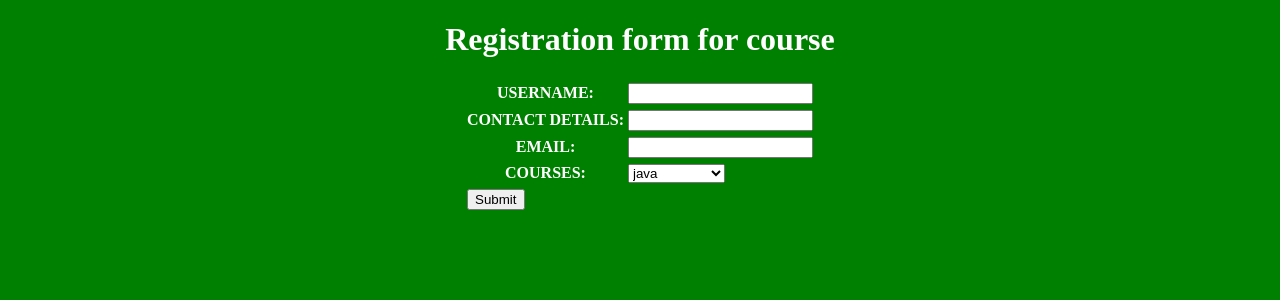
Repository: lalitkrchoudhary/Servlet-notes
Page: RequestServletApp/src/main/webapp/register.html
The author's editor kept a copy of each file at every save. The page is drawn from the files as they stood at one save, then again after the next save.
The browser window is 1280 px wide. The pictures show the whole page.

Above is the page before, as saved 2024-04-28 23:00:30.

After the next save:
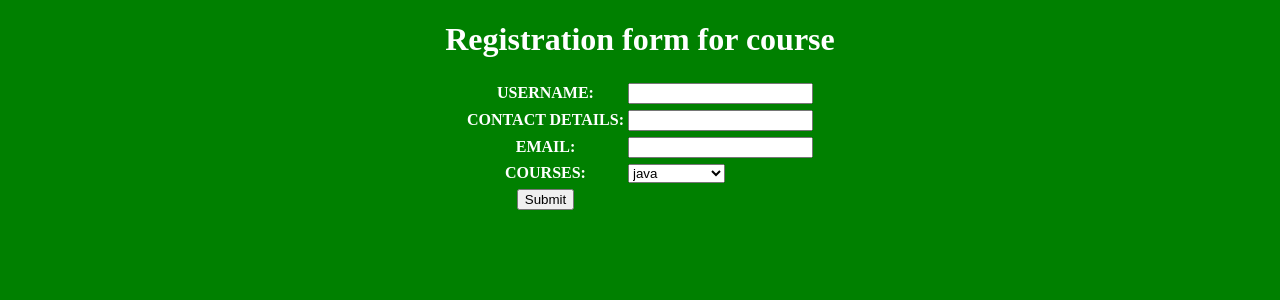
Saved 31 s later.
--- a/RequestServletApp/src/main/webapp/register.html
+++ b/RequestServletApp/src/main/webapp/register.html
@@ -35,11 +35,11 @@
 </select>
 
 </td>
-<tr style="text-align:center;">
+<tr >
 
 <tr>
 
-<td ><input type="submit" name="submit"   /></td>
+<td style="text-align:center;"><input type="submit" name="submit"   /></td>
 <tr>
 
 

After the 2 saves that followed:
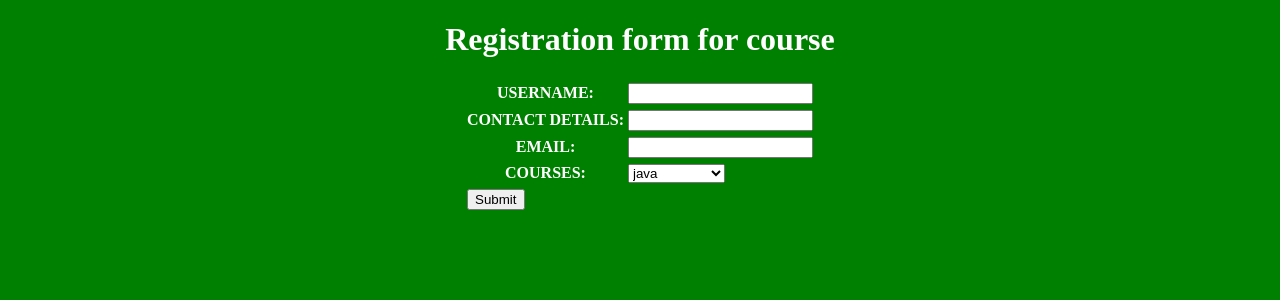
The 2 saves are shown as one change because 1 left the picture as it was.
The last was saved 90 s later.
--- a/RequestServletApp/src/main/webapp/register.html
+++ b/RequestServletApp/src/main/webapp/register.html
@@ -37,9 +37,9 @@
 </td>
 <tr >
 
-<tr>
+<tr >
 
-<td style="text-align:center;"><input type="submit" name="submit"   /></td>
+<td ><input type="submit" name="submit"   /></td>
 <tr>
 
 
